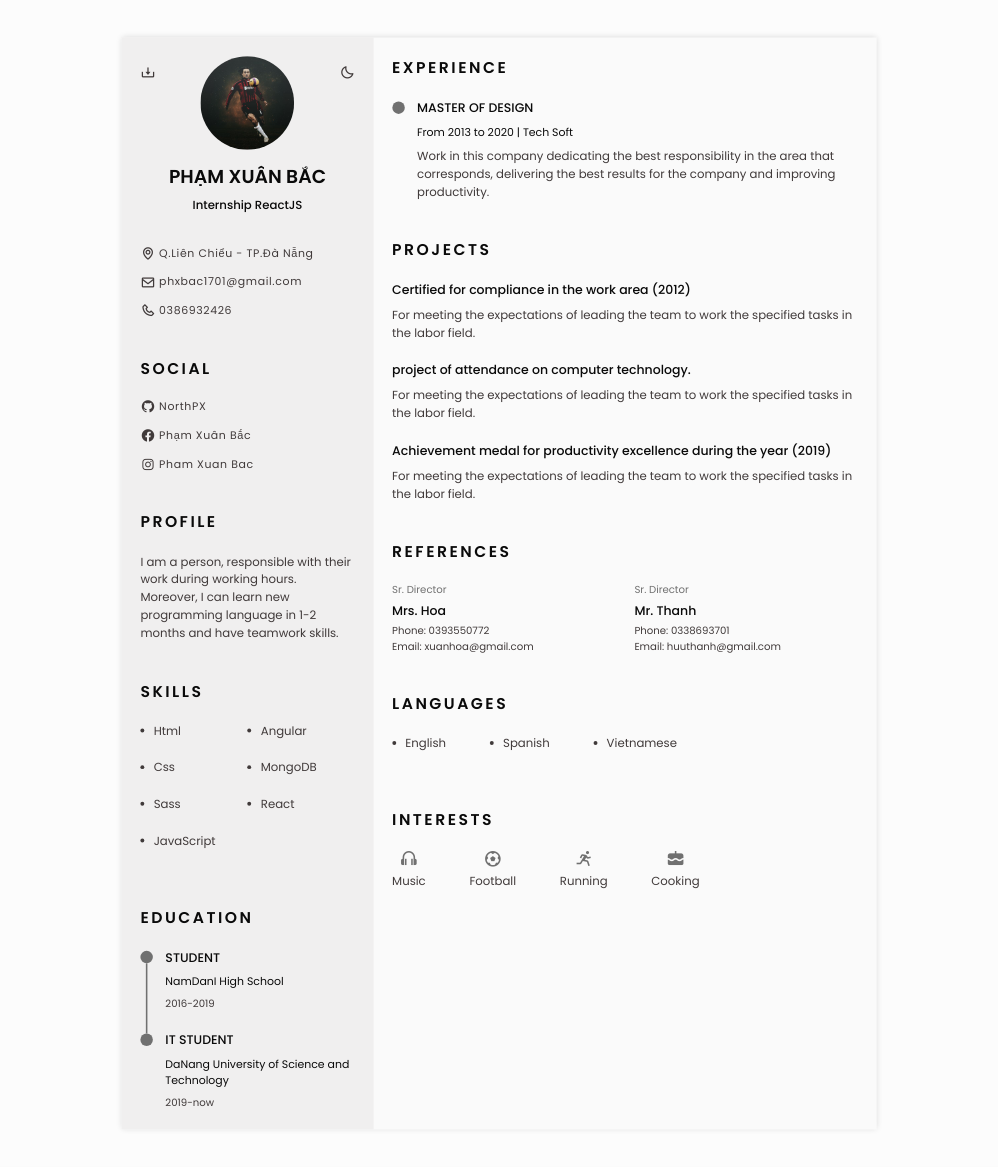
Repository: northpx/myCV
Page: index.html
An editor plug-in stored every save of this project. The page is shown before and after the next save, followed by the edit.
The browser window is 1280 px wide. The pictures show the whole page, at 78% of full size.

Above is the page before, as saved 2023-02-23 16:59:58.

### index.html
<!DOCTYPE html>
<html lang="en">
<head>
    <meta charset="UTF-8">
    <meta http-equiv="X-UA-Compatible" content="IE=edge">
    <meta name="viewport" content="width=device-width, initial-scale=1.0">
    <link rel="stylesheet" href="./src/css/styles.css">
    <link rel="stylesheet" href="https://cdn.jsdelivr.net/npm/boxicons@latest/css/boxicons.min.css">
    <title>Pham Xuan Bac</title>
</head>
<body>
    <header class="l-header" id="header">
        <nav class="nav bd-container">
            <a href="#" class="nav__logo">Bac</a>
            <div class="nav__menu" id="nav-menu">
                <ul class="nav__list">
                    <li class="nav__item">
                        <a href="#home" class="nav__link active-link">
                            <i class='bx bx-home nav__icon' ></i>HOME
                        </a>
                    </li>
                    <li class="nav__item">
                        <a href="#profile" class="nav__link">
                            <i class='bx bx-user nav__icon' ></i>USER
                        </a>
                    </li>
                    <li class="nav__item">
                        <a href="#education" class="nav__link">
                            <i class='bx bx-book nav__icon' ></i>EDUCATION
                        </a>
                    </li>
                    <li class="nav__item">
                        <a href="#skills" class="nav__link">
                            <i class='bx bx-receipt nav__icon' ></i>SKILLS
                        </a>
                    </li>
                    <li class="nav__item">
                        <a href="#experience" class="nav__link">
                            <i class='bx bx-briefcase-alt nav__icon' ></i>experience
                        </a>
                    </li>
                    <li class="nav__item">
                        <a href="#projects" class="nav__link">
                            <i class='bx bx-award nav__icon' ></i>projectS
                        </a>
                    </li>

                    <li class="nav__item">
                        <a href="#references" class="nav__link">
                            <i class='bx bx-link-external nav__icon' ></i>REFERENCES
                        </a>
                    </li>
                </ul>
            </div>

            <div class="nav__toogle" id="nav-toggle">
                <i class="bx bx-grid-alt"></i>
            </div>
        </nav>
    </header>
    <main class="l-main bd-container">
        <div class="resume" id="area-cv">
            <div class="resume__left">
                <section class="home" id="home">
                    <div class="home__container section bd-grid">
                        <div class="home__data bd-grid">
                            <img src="./src/img/z3668101589347_355da8c054c5f58beb49364ce3f9e5b5.jpg" alt="" class="home__img">
                            <h1 class="home__title"><b>PHẠM XUÂN BẮC</b></h1>
                            <h3 class="home__profession">Internship ReactJS</h3>
                            <div>
                                <a download="" href="./src/pdf/resumecv.pdf" class="home__button-movil">Download</a>
                            </div>
                        </div>
                        <div class="home__address bd-grid">
                            <span class="home__information">
                                <i class="bx bx-map home__icon"></i> Q.Liên Chiểu - TP.Đà Nẵng
                            </span>
                            <span class="home__information">
                                <i class="bx bx-envelope home__icon"></i> phxbac1701@gmail.com
                            </span>
                            <span class="home__information">
                                <i class="bx bx-phone home__icon"></i> 0386932426
                            </span>
                        </div>
                    </div>
                    <i class="bx bx-moon change-theme" title="Theme" id="theme-button"></i>
                    <i class="bx bx-download generate-pdf" title="Generate PDF" id="resume-button"></i>
                </section>

                <section class="social section">
                    <h2 class="section-title">Social</h2>
                    <div class="social__container bd-grid">
                        <a href="https://github.com/northpx" target="_blank" class="social_link">
                            <i class="bx bxl-github social__icon"></i> NorthPX
                        </a>
                        <a href="https://www.facebook.com/north.px.13/" target="_blank" class="social_link">
                            <i class="bx bxl-facebook-circle social__icon"></i> Phạm Xuân Bắc
                        </a>
                        <a href="https://www.instagram.com/_north.px_/" target="_blank" class="social_link">
                            <i class="bx bxl-instagram social__icon"></i> Pham Xuan Bac
                        </a>
                    </div>
                </section>

                <section class="profile section" id="profile">
                    <h2 class="section-title">Profile</h2>
                    <p class="profile__description">
                        I am a person, responsible with their work during working hours. Moreover, I can learn new programming language in 1-2 months and have teamwork skills.
                    </p>
                </section>

                <section class="skills section" id="skills">
                    <h2 class="section-title">Skills</h2>
                    <div class="skills__content bd-grid">
                        <ul class="skills__data">
                            <li class="skills__name">
                                <span class="skills__circle"></span> Html
                            </li>
                            <li class="skills__name">
                                <span class="skills__circle"></span> Css
                            </li>
                            <li class="skills__name">
                                <span class="skills__circle"></span> Sass
                            </li>
                            <li class="skills__name">
                                <span class="skills__circle"></span> JavaScript
                            </li>
                        </ul>

                        <ul class="skills__data">
                            <li class="skills__name">
                                <span class="skills__circle"></span> Angular
                            </li>
                            <li class="skills__name">
                                <span class="skills__circle"></span> MongoDB
                            </li>
                            <li class="skills__name">
                                <span class="skills__circle"></span> React
                            </li>
                        </ul>
                    </div>
                </section>

                <section class="education section" id="education">
                    <h2 class="section-title">Education</h2>
                    <div class="education__container bd-grid">
                        <!-- <div class="education__content">
                            <div class="education__time">
                                <span class="education__rounder"></span>
                                <span class="education__line"></span>
                            </div>
                            <div class="education__data bd-grid">
                                <h3 class="education__title">STUDENT</h3>
                                <span class="education__studies">HongLong Secondary School</span>
                                <span class="education__year">2012-2016</span>
                            </div>
                        </div> -->

                        <div class="education__content">
                            <div class="education__time">
                                <span class="education__rounder"></span>
                                <span class="education__line"></span>
                            </div>
                            <div class="education__data bd-grid">
                                <h3 class="education__title">STUDENT</h3>
                                <span class="education__studies">NamDanI High School</span>
                                <span class="education__year">2016-2019</span>
                            </div>
                        </div>

                        <div class="education__content">
                            <div class="education__time">
                                <span class="education__rounder"></span>
                                <!-- <span class="education__line"></span> -->
                            </div>
                            <div class="education__data bd-grid">
                                <h3 class="education__title">IT STUDENT</h3>
                                <span class="education__studies">DaNang University of Science and Technology</span>
                                <span class="education__year">2019-now</span>
                            </div>
                        </div>
                    </div>
                </section>

            </div>

            <div class="resume__right">
                <section class="experience section" id="experience">
                    <h2 class="section-title">experience</h2>
                    <div class="experience__container bd-grid">
                        <div class="experience__content">
                            <div class="experience__time">
                                <span class="experience__rounder"></span>
                                <!-- <span class="experience__line"></span> -->
                            </div>
                            <div class="experience__data bd-grid">
                                <h3 class="experience__title">MASTER OF DESIGN</h3>
                                <span class="experience__company">From 2013 to 2020 | Tech Soft</span>
                                <p class="experience__description">Work in this company dedicating the best responsibility in the area that corresponds, delivering the best results for the company and improving productivity.</p>
                            </div>
                        </div>
                        <!-- <div class="experience__content">
                            <div class="experience__time">
                                <span class="experience__rounder"></span>
                                <span class="experience__line"></span>
                            </div>
                            <div class="experience__data bd-grid">
                                <h3 class="experience__title">DESIGN UI/UX</h3>
                                <span class="experience__company">From 2020 to 2021 | Adobe Inc</span>
                                <p class="experience__description">Work in this company dedicating the best responsibility in the area that corresponds, delivering the best results for the company and improving productivity.</p>
                            </div>
                        </div>
                        <div class="experience__content">
                            <div class="experience__time">
                                <span class="experience__rounder"></span>
                            </div>
                            <div class="experience__data bd-grid">
                                <h3 class="experience__title">MOBILE APP DEVELOPER</h3>
                                <span class="experience__company">From 2021 to 2023 | App Tech</span>
                                <p class="experience__description">Work in this company dedicating the best responsibility in the area that corresponds, delivering the best results for the company and improving productivity.</p>
                            </div>
                        </div> -->
                    </div>
                </section>

                <section class="project section" id="projects">
                    <h2 class="section-title">projects</h2>
                    <div class="project__container bd-grid">
                        <div class="project__content">
                            <h3 class="project__title">Certified for compliance in the work area (2012)</h3>
                            <p class="project__description">For meeting the expectations of leading the team to work the specified tasks in the labor field.</p>
                        </div>

                        <div class="project__content">
                            <h3 class="project__title">project of attendance on computer technology.</h3>
                            <p class="project__description">For meeting the expectations of leading the team to work the specified tasks in the labor field.</p>
                        </div>

                        <div class="project__content">
                            <h3 class="project__title">Achievement medal for productivity excellence during the year (2019)</h3>
                            <p class="project__description">For meeting the expectations of leading the team to work the specified tasks in the labor field.</p>
                        </div>
                    </div>
                </section>

                <section class="references section" id="references">
                    <h2 class="section-title">References</h2>
                    <div class="references__container bd-grid">
                        <div class="references__content bd-grid">
                            <span class="references__subtitle">Sr. Director</span>
                            <h3 class="references__title">Mrs. Hoa</h3>
                            <ul class="references__contact">
                                <li>Phone: 0393550772</li>
                                <li>Email: xuanhoa@gmail.com</li>
                            </ul>
                        </div>

                        <div class="references__content bd-grid">
                            <span class="references__subtitle">Sr. Director</span>
                            <h3 class="references__title">Mr. Thanh</h3>
                            <ul class="references__contact">
                                <li>Phone: 0338693701</li>
                                <li>Email: huuthanh@gmail.com</li>
                            </ul>
                        </div>
                    </div>
                </section>

                <section class="languages section">
                    <h2 class="section-title">Languages</h2>
                    <div class="languages__container bd-grid">
                        <ul class="languages__content bd-grid">
                            <li class="languages_name">
                                <span class="languages__circle"></span> English
                            </li>
                            <li class="languages_name">
                                <span class="languages__circle"></span> Spanish
                            </li>
                            <li class="languages_name">
                                <span class="languages__circle"></span> Vietnamese
                            </li>

                        </ul>
                    </div>
                </section>

                <section class="interests section">
                    <h2 class="section-title">Interests</h2>
                    <div class="interests__container bd-grid">
                        <div class="interests__content">
                            <i class="bx bx-headphone interests__icon"></i>
                            <span class="interests__name">Music</span>
                        </div>
                        <div class="interests__content">
                            <i class='bx bx-football interests__icon' ></i>
                            <span class="interests__name">Football</span>
                        </div>
                        <div class="interests__content">
                            <i class='bx bx-run interests__icon' ></i>
                            <span class="interests__name">Running</span>
                        </div>
                        <div class="interests__content">
                            <i class='bx bxs-cake interests__icon' ></i>
                            <span class="interests__name">Cooking</span>
                        </div>
                    </div>
                </section>
            </div>
        </div>
    </main>

    <a href="#" class="scrolltop" id="scroll-top">
        <i class="bx bx-up-arrow-alt scrolltop__icon"></i>
    </a>
    <script src="./src/js/html2pdf.bundle.min.js"></script>
    <script src="./src/js/scripts.js"></script>
</body>
</html>

Loaded but not shown: src/js/html2pdf.bundle.min.js (library); src/js/scripts.js (107 lines, source omitted); src/css/styles.css (578 lines, source omitted)

After the next save:
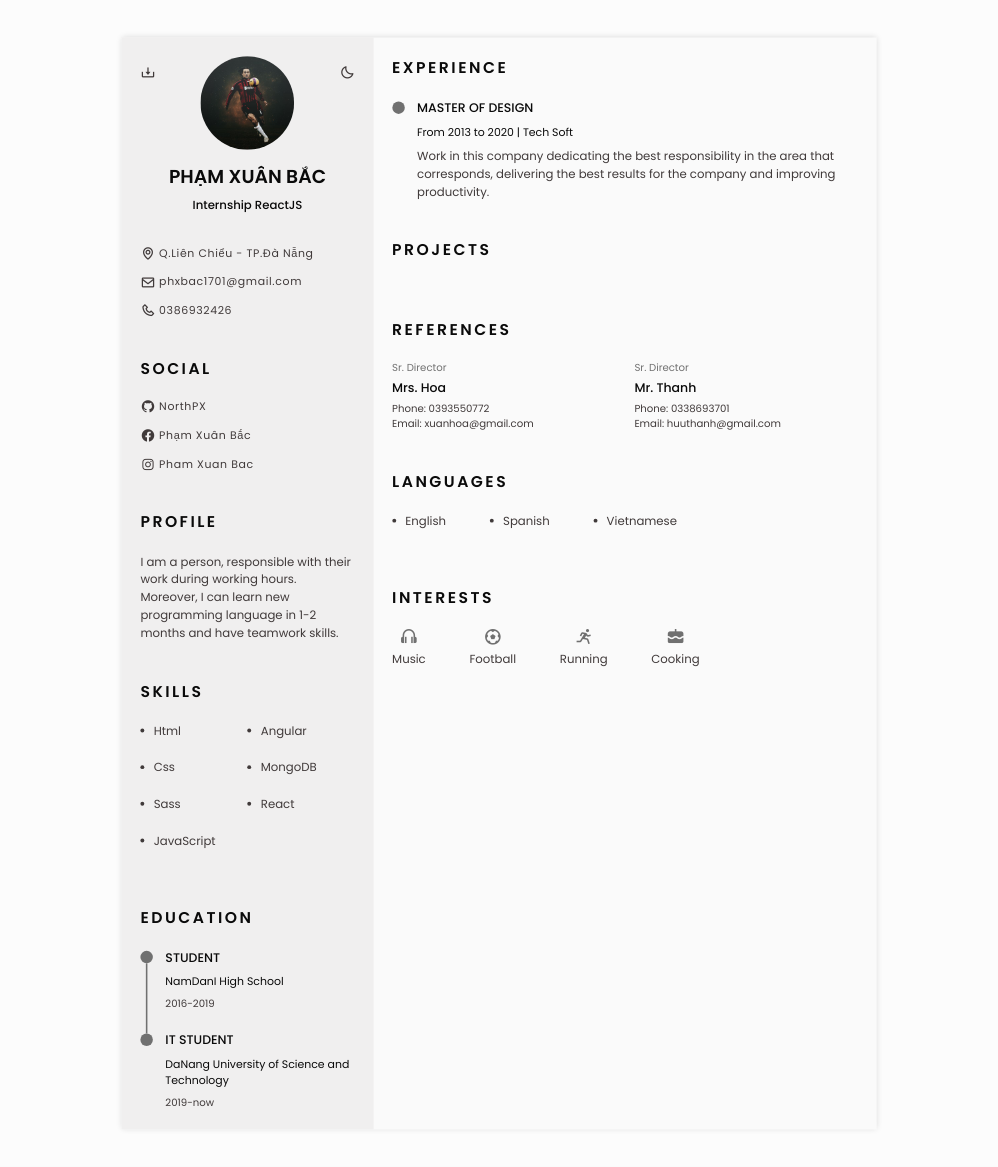
Saved 28 s later.
--- a/index.html
+++ b/index.html
@@ -226,7 +226,7 @@
                 <section class="project section" id="projects">
                     <h2 class="section-title">projects</h2>
                     <div class="project__container bd-grid">
-                        <div class="project__content">
+                        <!-- <div class="project__content">
                             <h3 class="project__title">Certified for compliance in the work area (2012)</h3>
                             <p class="project__description">For meeting the expectations of leading the team to work the specified tasks in the labor field.</p>
                         </div>
@@ -240,7 +240,7 @@
                             <h3 class="project__title">Achievement medal for productivity excellence during the year (2019)</h3>
                             <p class="project__description">For meeting the expectations of leading the team to work the specified tasks in the labor field.</p>
                         </div>
-                    </div>
+                    </div> -->
                 </section>
 
                 <section class="references section" id="references">

After the save that followed:
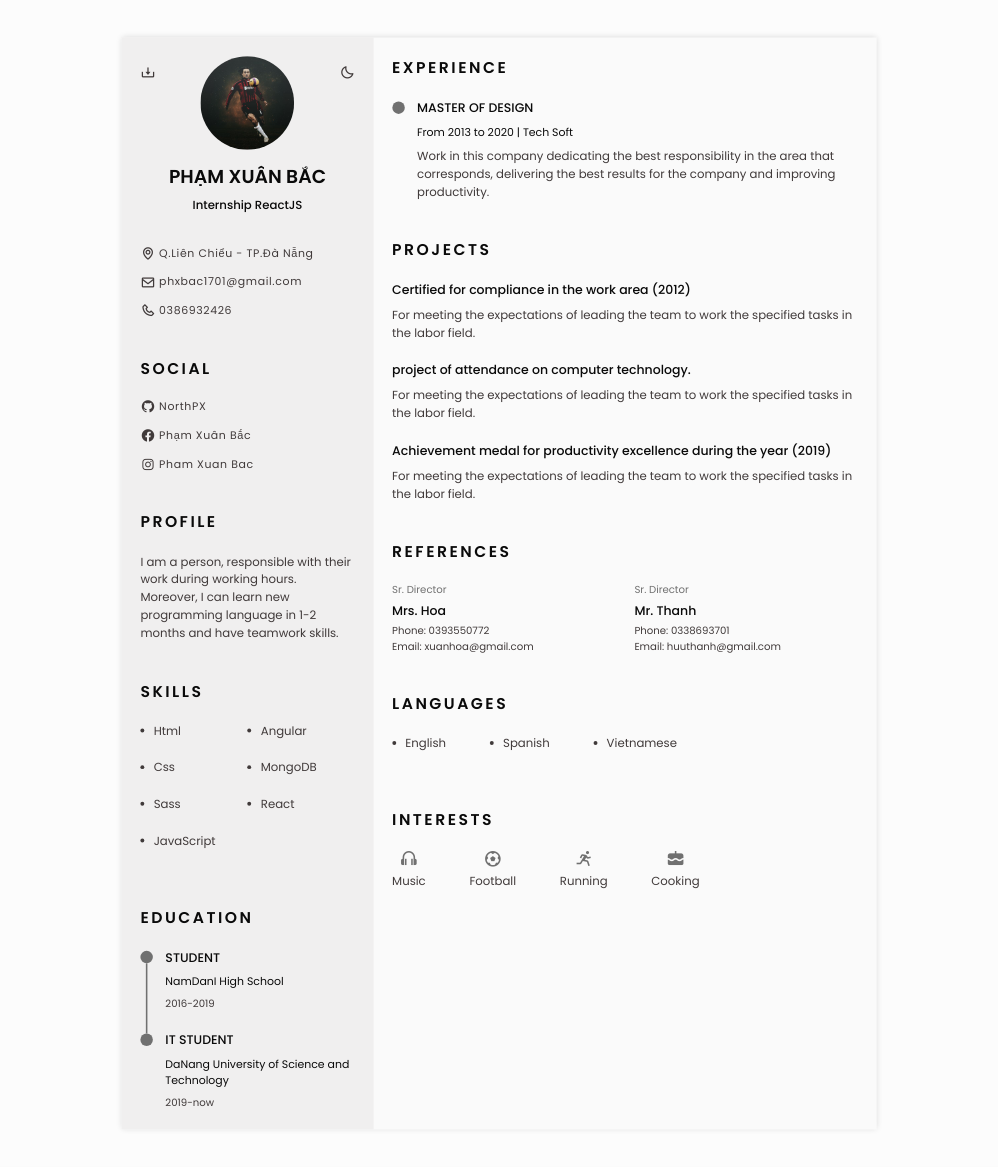
Saved 22 s later.
--- a/index.html
+++ b/index.html
@@ -226,7 +226,7 @@
                 <section class="project section" id="projects">
                     <h2 class="section-title">projects</h2>
                     <div class="project__container bd-grid">
-                        <!-- <div class="project__content">
+                        <div class="project__content">
                             <h3 class="project__title">Certified for compliance in the work area (2012)</h3>
                             <p class="project__description">For meeting the expectations of leading the team to work the specified tasks in the labor field.</p>
                         </div>
@@ -240,7 +240,7 @@
                             <h3 class="project__title">Achievement medal for productivity excellence during the year (2019)</h3>
                             <p class="project__description">For meeting the expectations of leading the team to work the specified tasks in the labor field.</p>
                         </div>
-                    </div> -->
+                    </div>
                 </section>
 
                 <section class="references section" id="references">
